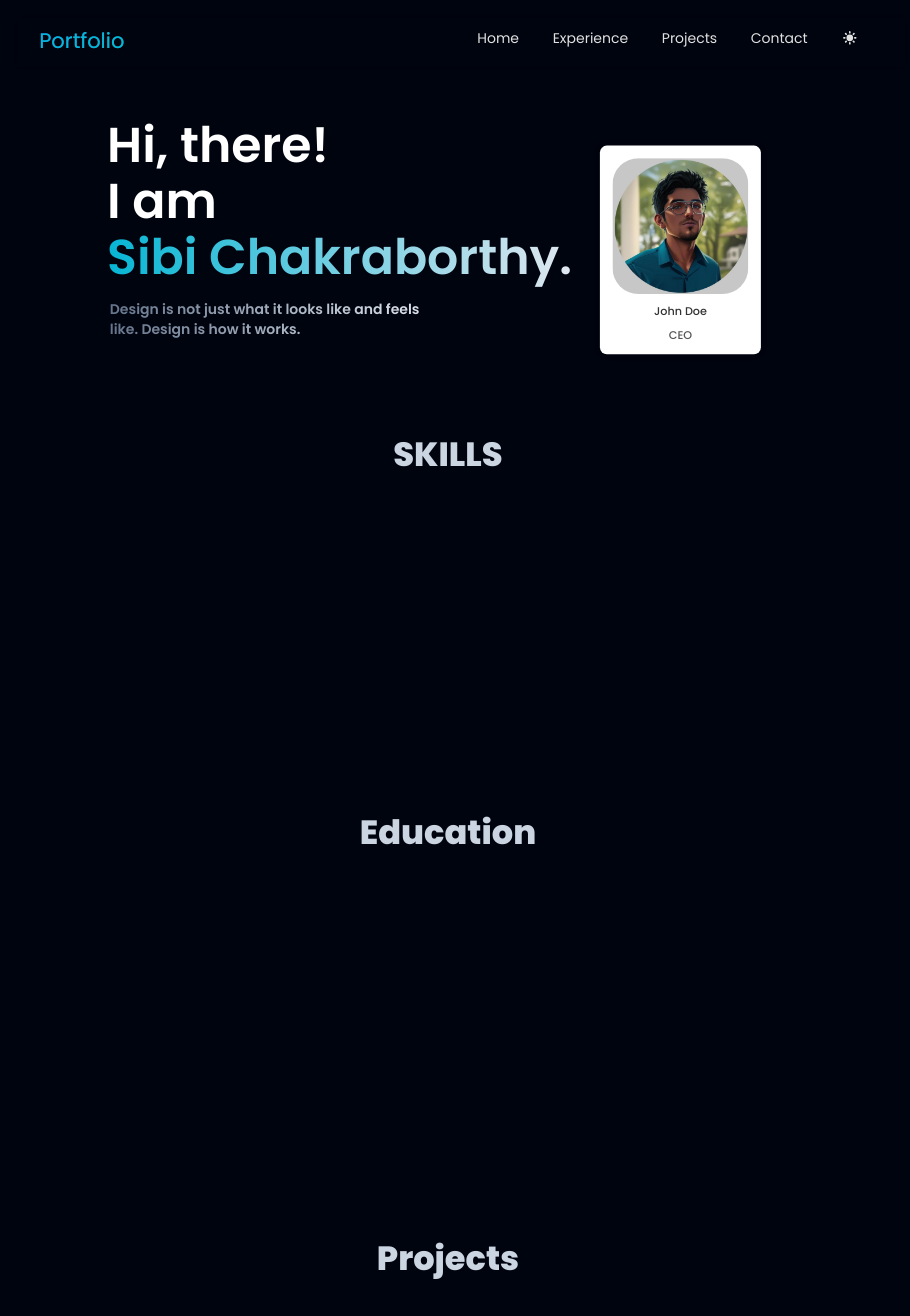
Repository: sibi24sibi/MyPersonalPortfolio
Page: /
An editor plug-in stored every save of this project. The page is shown before and after the next save, followed by the edit.
The browser window is 1280 px wide. The page is 1300 px wide, so the pictures cover 1300 px, including what lies to the right of the window. The pictures show the part of the page from y = 0 to 1880 px (the page is 3432 px tall), at 70% of full size.
The project was rebuilt for these pictures with package versions that can differ from the ones it lists, and the page was loaded fresh each time. Also part of the build but not shown: vite.config.js, src/components/Menu.jsx, src/components/Footer.jsx.

Above is the page before, as saved 2024-05-03 17:30:21.

After the next save:
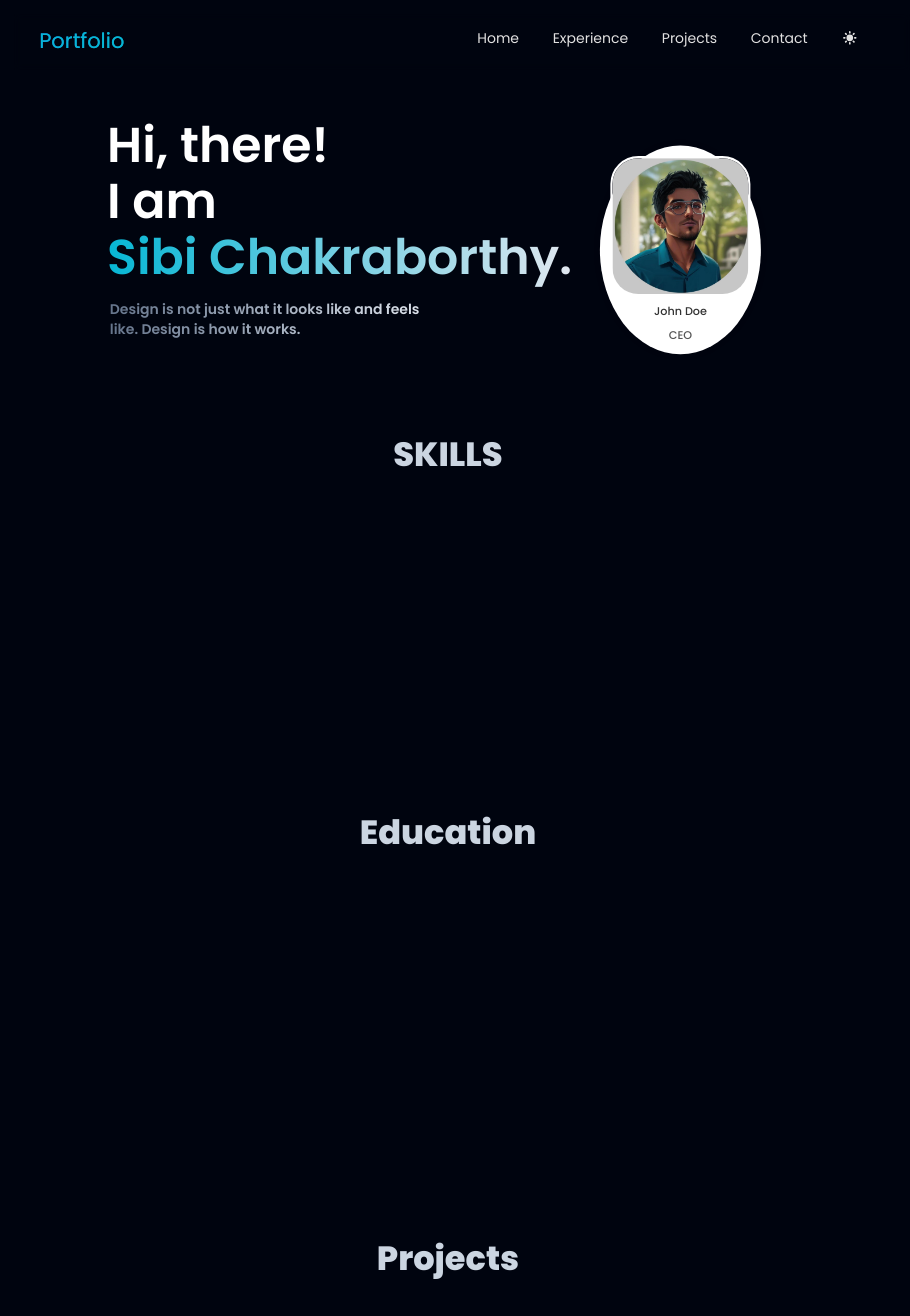
Saved 2 min 48 s later.
--- a/src/components/about-style.css
+++ b/src/components/about-style.css
@@ -11,7 +11,7 @@
     margin: 20px;
     background-color: #fff; /* White background for each team member */
     padding: 15px; /* Add padding for better visual appeal */
-    border-radius: 10px; /* Add rounded corners */
+    border-radius: 50%; /* Add rounded corners */
     box-shadow: 0 0 10px rgba(0, 0, 0, 0.1); /* Add a subtle box shadow */
 }
 

After the save that followed:
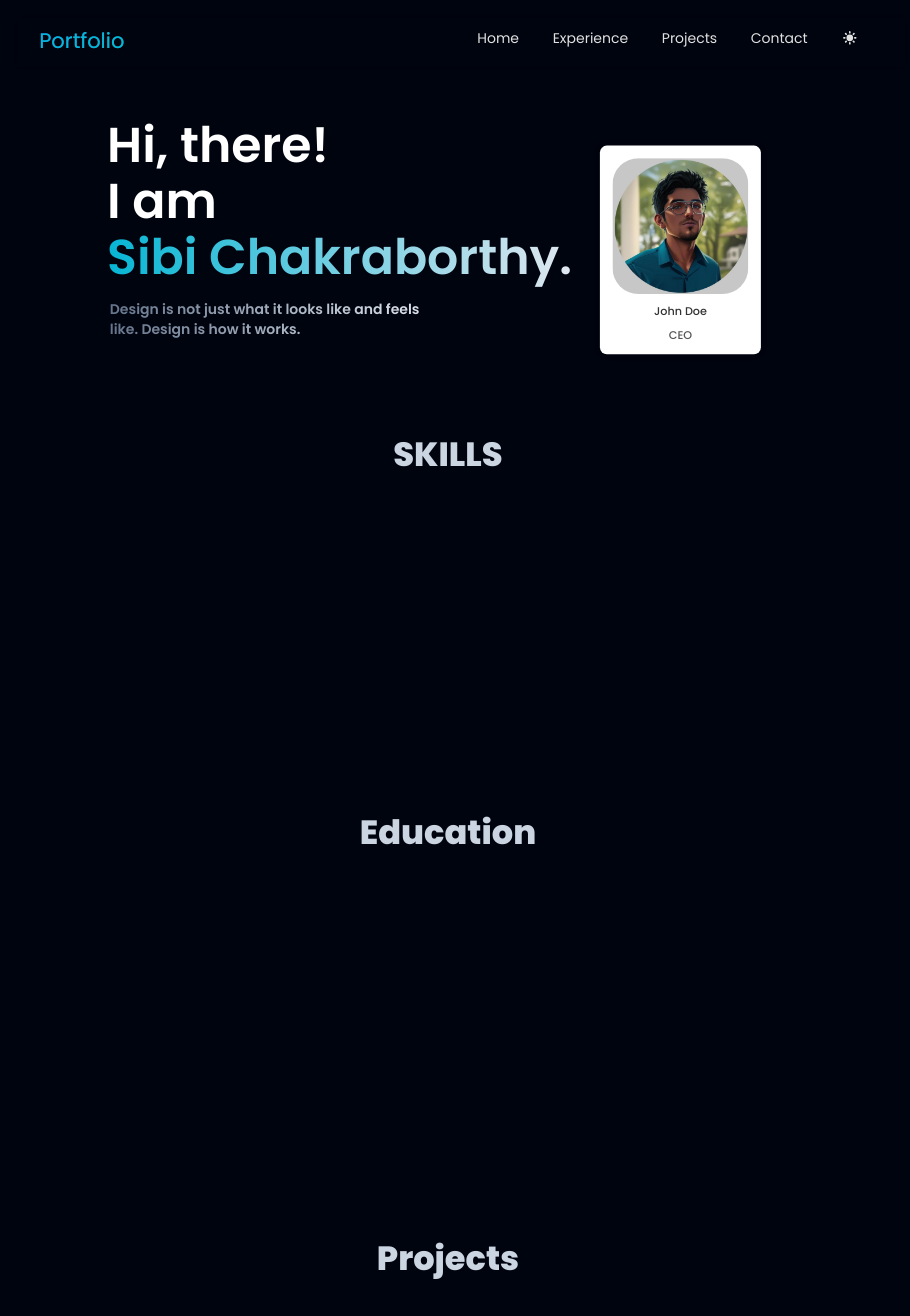
Saved 10 s later.
--- a/src/components/about-style.css
+++ b/src/components/about-style.css
@@ -11,7 +11,7 @@
     margin: 20px;
     background-color: #fff; /* White background for each team member */
     padding: 15px; /* Add padding for better visual appeal */
-    border-radius: 50%; /* Add rounded corners */
+    border-radius: 10px; /* Add rounded corners */
     box-shadow: 0 0 10px rgba(0, 0, 0, 0.1); /* Add a subtle box shadow */
 }
 
